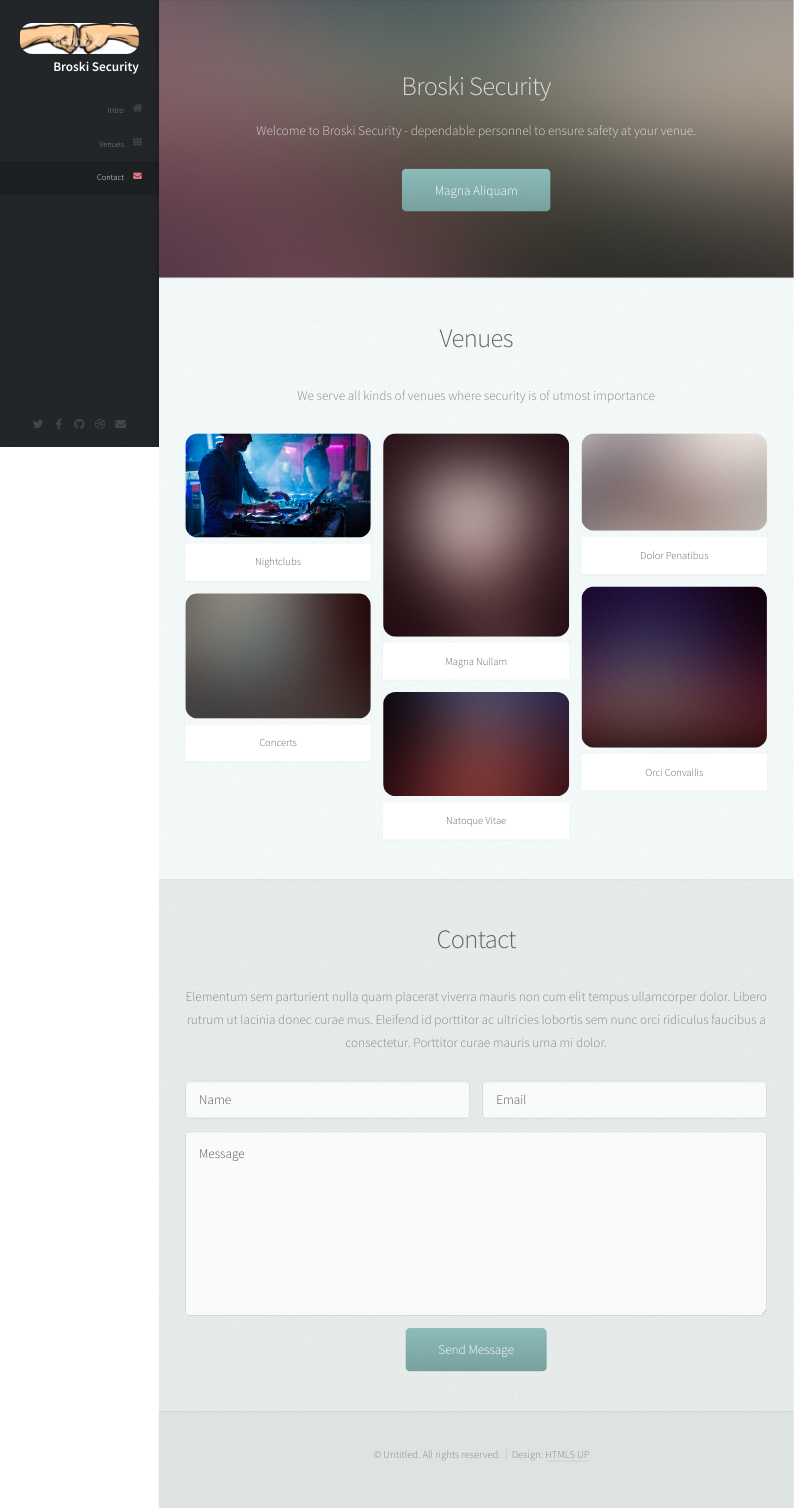
Repository: fiedore/fiedore.github.io
Page: index.html
An editor plug-in stored every save of this project. The page is shown before and after the next save, followed by the edit.
The browser window is 1280 px wide. The pictures show the whole page, at 62% of full size.

Above is the page before, as saved 2025-06-03 00:28:52.

After the next save:
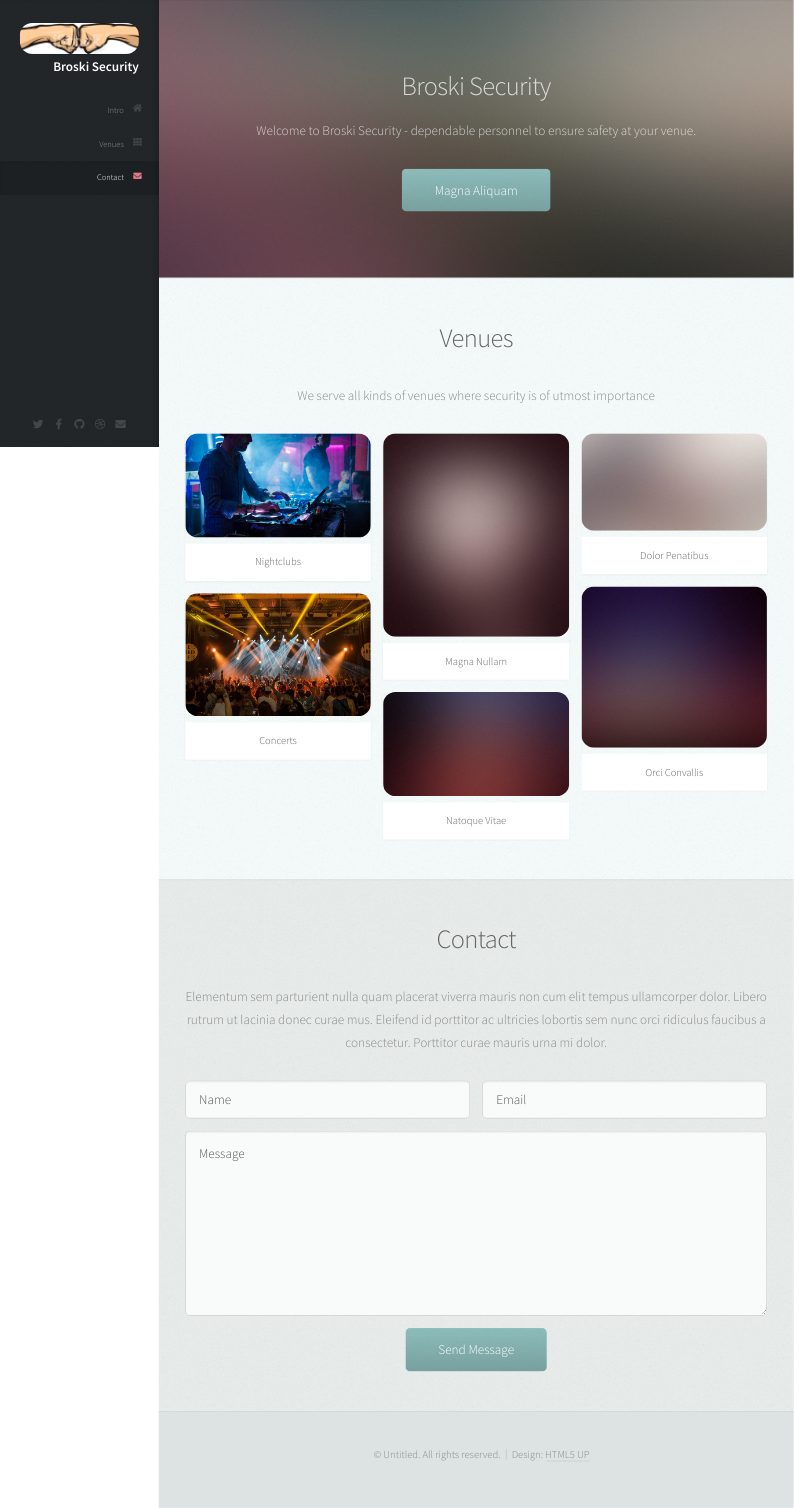
Saved 4 s later.
--- a/index.html
+++ b/index.html
@@ -89,7 +89,7 @@
 										</header>
 									</article>
 									<article class="item">
-										<a href="#" class="image fit"><img src="images/pic03.jpg" alt="" /></a>
+										<a href="#" class="image fit"><img src="images/concerts.jpg" alt="" /></a>
 										<header>
 											<h3>Concerts</h3>
 										</header>
